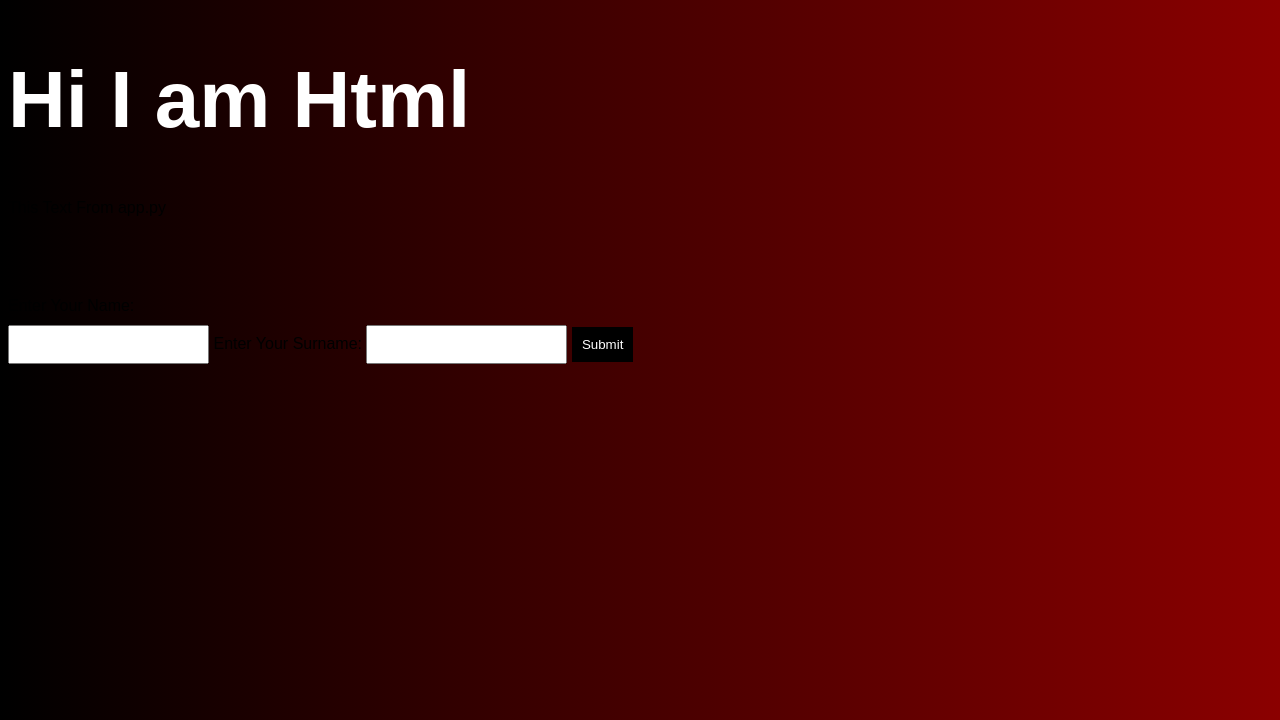
Repository: AlexandruMoloman/FormValidate-05Nov2024-
Page: http://localhost/
The author's editor kept a copy of each file at every save. The page is drawn from the files as they stood at one save, then again after the next save.
The browser window is 1280 px wide. The pictures show the whole page.
The page is served by the project's application, run on Flask 3 (app.py).

Above is the page before, as saved 2024-10-22 15:14:08.

### templates/home.html
<!DOCTYPE html>
<html lang="en">
  <head>
    <meta charset="UTF-8" />
    <meta name="viewport" content="width=device-width, initial-scale=1.0" />
    <title>Document</title>
    <link rel="stylesheet" href="{{url_for('static', filename='style.css')}}" />
  </head>
  <body>
    <h1>Hi I am Html</h1>
    <p>{{ message }}</p>

    {% with messages = get_flashed_messages() %} {% if messages %}
    <ul>
      {% for msg in messages %}
      <li style="color: red">{{ msg }}</li>
      {% endfor %}
    </ul>

    {% endif %} {% endwith %}

    <form action="/greet" method="POST">
      <label for="name" style="display: flex">Enter Your Name: </label>
      <input type="text" id="name" name="name" required />
      <label for="surname">Enter Your Surname: </label>
      <input type="text" id="surname" name="surname" required />
      <button type="submit" value="submit">Submit</button>
    </form>
  </body>
</html>

### app.py
from flask import Flask, render_template, request, redirect, url_for, flash
from flask_sqlalchemy import SQLAlchemy
import re

app = Flask(__name__)
app.config['SQLALCHEMY_DATABASE_URI'] = 'sqlite:///users.db'
app.config['SQLALCHEMY_TRACK_MODIFICATIONS'] = False
db = SQLAlchemy(app)
app.secret_key = 'supersecretkey'


# Модель пользователя
class User(db.Model):
    id = db.Column(db.Integer, primary_key=True)
    name = db.Column(db.String(100), nullable=False)
    surname = db.Column(db.String(100), nullable=False)

    def __repr__(self):
        return f'<User {self.name}>'


# Первый маршрут (главная страница)
@app.route('/')
def home():
    message = "This Text From app.py"
    return render_template('home.html', message=message)


# Третий маршрут (приветствие с именем)
@app.route('/greet/<name>/<surname>')
def greet_name(name, surname):
    return render_template('greet.html', name=name, surname=surname)


# Второй маршрут (обработка формы)
@app.route('/greet', methods=['POST'])
def greet():
    name = request.form['name']
    surname = request.form['surname']

    # Валидация имени
    if not name or not re.match("^[A-Za-z]+$", name):
        flash("Name is not valid (letters only).")
        return redirect(url_for('home'))

    # Валидация фамилии
    if not surname or not re.match("^[A-Za-z]+$", surname):
        flash("Surname is not valid (letters only).")
        return redirect(url_for('home'))

    # Добавление пользователя в базу данных
    new_user = User(name=name, surname=surname)
    db.session.add(new_user)
    db.session.commit()

    # Перенаправление на страницу приветствия
    return redirect(url_for('greet_name', name=name, surname=surname))


# Создание базы данных
with app.app_context():
    db.create_all()


if __name__ == '__main__':
    app.run(debug=True, host='127.0.0.1', port=8080)

### static/css/style.css
body {
  font-family: Arial, 'Helvetica Neue', Helvetica, sans-serif;
  background: linear-gradient(to right, black, darkred);
  justify-content: center;
}

h1 {
  font-size: 5rem;
  color: white;
}

form {
  margin-top: 5rem;
  border: none;
}

input,
button {
  padding: 10px;
  margin-top: 10px;
}

button {
  background-color: black;
  color: white;
  border: none;
  cursor: pointer;
}

button:hover {
  background-color: white;
  color: black;
}

ul {
  color: red;
  list-style-type: none;
}

After the next save:
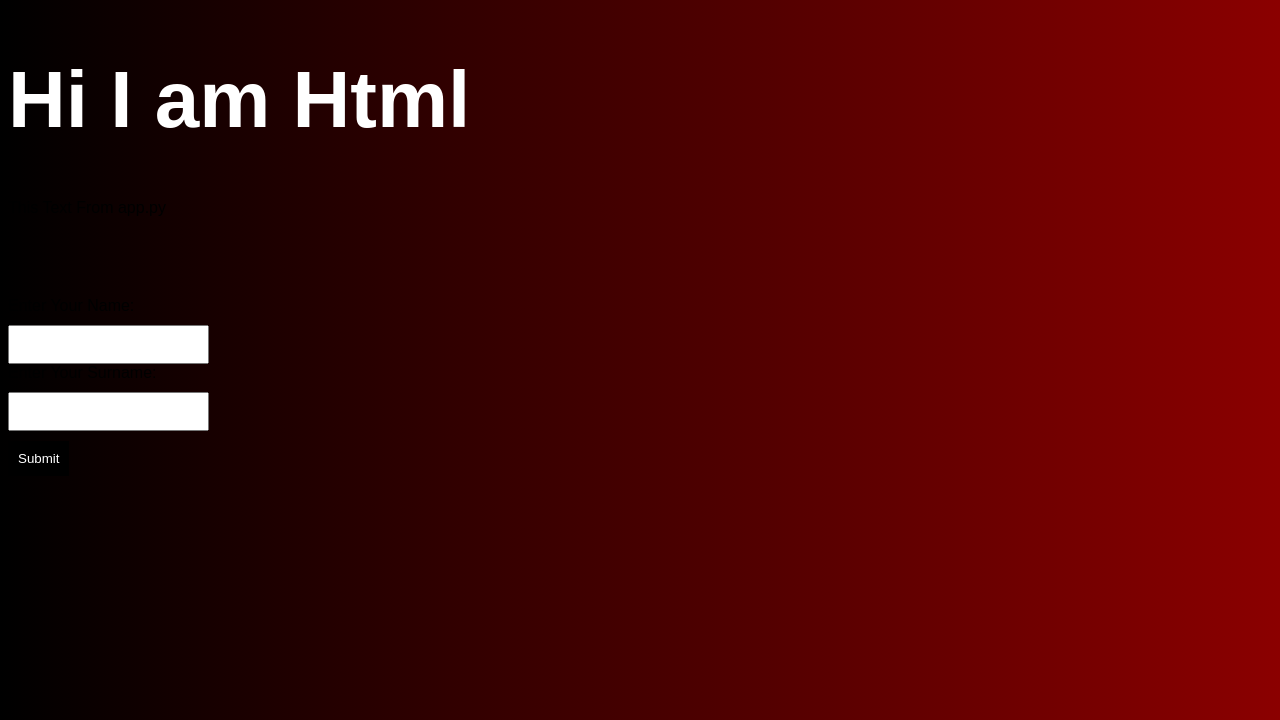
Saved 7 s later.
--- a/templates/home.html
+++ b/templates/home.html
@@ -20,10 +20,10 @@
     {% endif %} {% endwith %}
 
     <form action="/greet" method="POST">
-      <label for="name" style="display: flex">Enter Your Name: </label>
-      <input type="text" id="name" name="name" required />
+      <label for="name">Enter Your Name: </label>
+      <input type="text" id="name" name="name" required style="display: flex" />
       <label for="surname">Enter Your Surname: </label>
-      <input type="text" id="surname" name="surname" required />
+      <input type="text" id="surname" name="surname" required style="display: flex" />
       <button type="submit" value="submit">Submit</button>
     </form>
   </body>
